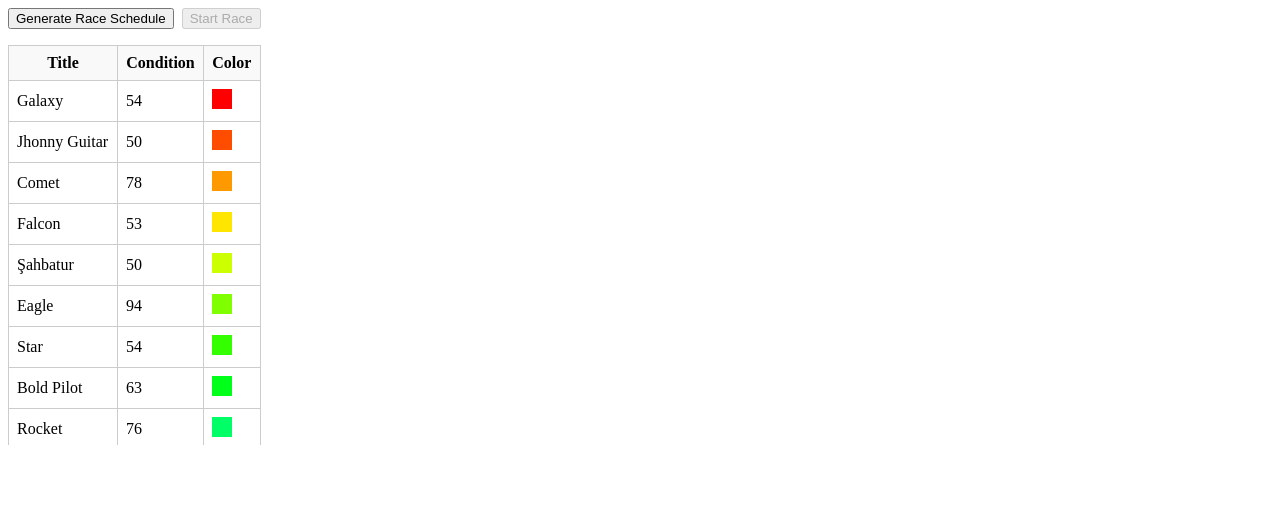
Repository: akinankarali/horse-racing-game
Page: /
These files come from the project's save history. The page is drawn as it stood at one moment and after the next save; the edit follows.
The browser window is 1280 px wide. The pictures show the whole page.
The project was rebuilt for these pictures with package versions that can differ from the ones it lists, and the page was loaded fresh each time. The framework's server and built-in components were replaced by stand-ins that run in the browser. Also part of the build but not shown: nuxt.config.ts, components/Results.vue. Imported but missing from the stored project, and not drawn on this page: store/setting.

Above is the page before, as saved 2024-06-09 21:10:44.

After the next save:
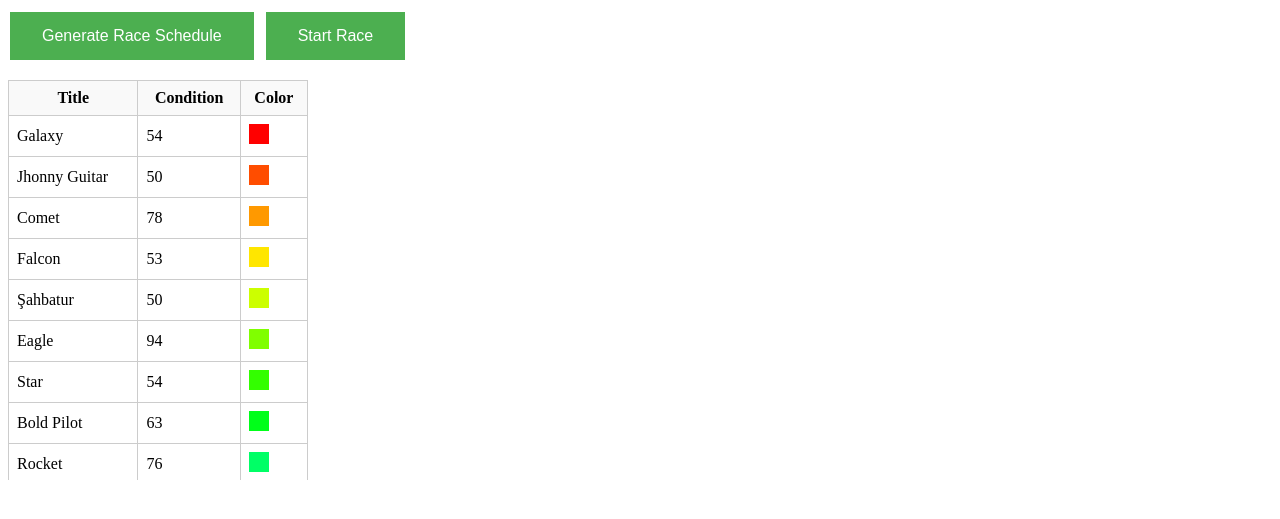
Saved 42 s later.
--- a/components/Button.vue
+++ b/components/Button.vue
@@ -23,3 +23,18 @@ export default {
   },
 };
 </script>
+
+<style scoped lang="scss">
+button {
+  background-color: #4caf50;
+  border: none;
+  color: white;
+  padding: 15px 32px;
+  text-align: center;
+  text-decoration: none;
+  display: inline-block;
+  font-size: 16px;
+  margin: 4px 2px;
+  cursor: pointer;
+}
+</style>
